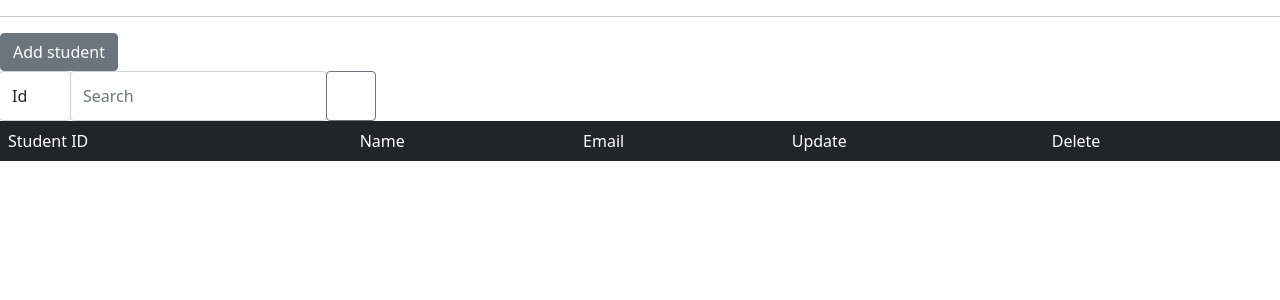
Repository: pradeep9689/monoceptAssignment
Page: http://localhost/09-student-mvc-db/StudentControlller
An editor plug-in stored every save of this project. The page is shown before and after the next save, followed by the edit.
The browser window is 1280 px wide. The pictures show the whole page.
The page is served by Tomcat 9. Other server files are loaded and not shown. Queries for data that is not in the repository find no rows.

Above is the page before, as saved 2024-07-19 04:12:04.

### 09-student-mvc-db/WebContent/view.jsp
<%@ page language="java" contentType="text/html; charset=ISO-8859-1"
    pageEncoding="ISO-8859-1"%>
    <%@ page
	import="java.util.List,java.util.ArrayList"%>
<%@ taglib uri="http://java.sun.com/jsp/jstl/core" prefix="c"%>
<%@ taglib uri="http://java.sun.com/jsp/jstl/functions" prefix="fn"%>
<!DOCTYPE html>
<html>
<head>
<link href="https://cdn.jsdelivr.net/npm/bootstrap@5.0.2/dist/css/bootstrap.min.css" rel="stylesheet" integrity="sha384-EVSTQN3/azprG1Anm3QDgpJLIm9Nao0Yz1ztcQTwFspd3yD65VohhpuuCOmLASjC" crossorigin="anonymous">
<meta charset="ISO-8859-1">
<title>Insert title here</title>
</head>
<body>
<hr>
<form action="addStudent.jsp" method="get">


        <input type="submit" value="Add student" class="btn btn-secondary"  >
    </form>
    <form class="input-group" action="StudentControlller" method="get">
    <input type="hidden" name="command" value="search" />
    <div class="form-group">
      <select class="form-control" id="type" name="type" style="height:50px;">
        <option value="Id">Id</option>
        <option value="Name">Name</option>

        <option value="Email">Email</option>
      </select>
    </div>
    <div class="form-outline">
      <input type="search" id="input" name="input" style="height:50px;"class="form-control" placeholder="Search" />
    </div>
    <span class="input-group-append">
      <button class="btn btn-outline-secondary" type="submit" value="search" style="width:50px;height:50px;">

      </button>
    </span>
  </form>
<table  class="table table-dark table-borderless">
		<tr>
			<td>Student ID</td>
			<td>Name</td>
			<td>Email</td>
			<td>Update</td>
			<td>Delete</td>

		</tr>
		<c:forEach var="student" items="${theStudentList}">
			<tr>
				<td>${student.id}</td>
				<td>${student.name}</td>
				<td>${student.email}</td>
				<td>
				<a href="StudentControlller?command=load&id=${student.id}" class="btn btn-secondary">Update</a>
				<%-- <c:url var="updateLink" value="StudentControlller">
          <c:param name="command" value="load" />
          <c:param name="id" value="${student.id}" />
        </c:url> --%>
				<a href="StudentControlller?command=delete&id=${student.id}" class="btn btn-warning">Delete</a>
				</td>
			</tr>
		</c:forEach>
	</table>

</body>
</html>

### 09-student-mvc-db/src/com/monocept/controller/StudentControlller.java
package com.monocept.controller;

import java.io.IOException;
import java.io.PrintWriter;
import java.sql.SQLException;
import java.util.ArrayList;
import java.util.List;

import javax.annotation.Resource;
import javax.servlet.RequestDispatcher;
import javax.servlet.ServletException;
import javax.servlet.annotation.WebServlet;
import javax.servlet.http.HttpServlet;
import javax.servlet.http.HttpServletRequest;
import javax.servlet.http.HttpServletResponse;
import javax.sql.DataSource;

import com.monocept.entity.Student;
import com.monocept.entity.Studentdb;

@WebServlet("/StudentControlller")
public class StudentControlller extends HttpServlet {
	private static final long serialVersionUID = 1L;
	private Studentdb studentdb;
	@Resource(name = "jdbc/student")
	private DataSource dataSource;

	@Override
	public void init() throws ServletException {

		super.init();
		studentdb = new Studentdb(dataSource);
	}

	protected void doGet(HttpServletRequest request, HttpServletResponse response)
			throws ServletException, IOException {
		String command;
		command = request.getParameter("command");
		System.out.println(command);

		if (command == null) {
			command = "list";
		}

		switch (command) {
		case "add":
			addStudent(request, response);
			break;

		case "load":
			try {
				loadStudent(request, response);
			} catch (ServletException e) {
				e.printStackTrace();
			} catch (IOException e) {
				e.printStackTrace();
			} catch (SQLException e) {
				e.printStackTrace();
			}
			break;

		case "delete":
			deleteStudent(request, response);
			break;
		case "update":
			updateStudent(request, response);
			break;
		case "search":
			try {
				searchStudent(request, response);
			} catch (SQLException e) {
				// TODO Auto-generated catch block
				e.printStackTrace();
			} catch (IOException e) {
				// TODO Auto-generated catch block
				e.printStackTrace();
			}
			break;
		default:
			listOfStudent(request, response);
		}
	}

	private void searchStudent(HttpServletRequest request, HttpServletResponse response)
			throws SQLException, IOException, ServletException {
		String input = request.getParameter("input");
		String type = request.getParameter("type");
		List<Student> studentList = new ArrayList<Student>();
		switch (type) {
		case "Id":
			int id = Integer.parseInt(input);
			Student student = studentdb.getStudent(id);
			studentList.add(student);
			break;

		default:
			studentList = studentdb.searchStudents(type, input);
			break;
		}
		System.out.println(studentList);
		request.setAttribute("theStudentList", studentList);
		RequestDispatcher requestDispatcher = request.getRequestDispatcher("view.jsp");
		try {
			requestDispatcher.forward(request, response);
		} catch (ServletException e) {
			e.printStackTrace();
		} catch (IOException e) {
			e.printStackTrace();
		}

	}

	private void updateStudent(HttpServletRequest request, HttpServletResponse response)
			throws ServletException, IOException {
		System.out.println("update method");
		int id = Integer.parseInt(request.getParameter("id"));
		System.out.println(id);
		String name = request.getParameter("name");

		String email = request.getParameter("email");

		Student updatedStudent = new Student(id, name, email);
		System.out.println(updatedStudent);
		studentdb.updateStudent(updatedStudent);
		// listOfStudent(request, response);
		response.sendRedirect(request.getContextPath() + "/StudentControlller?command=list");

	}

	private void loadStudent(HttpServletRequest request, HttpServletResponse response)
			throws ServletException, IOException, SQLException {
		int id = Integer.parseInt(request.getParameter("id"));
		Student student = studentdb.getStudent(id);

		RequestDispatcher requestDispatcher = request.getRequestDispatcher("update-student-form.jsp");
		request.setAttribute("theStudent", student);
		requestDispatcher.forward(request, response);

	}

	private void deleteStudent(HttpServletRequest request, HttpServletResponse response) throws IOException {

		int studentId = Integer.parseInt(request.getParameter("id"));
		studentdb.deleteStudent(studentId);
		response.sendRedirect(request.getContextPath() + "/StudentControlller?command=list");

	}

	private void addStudent(HttpServletRequest request, HttpServletResponse response)
			throws IOException, ServletException {
		String name = request.getParameter("student_name");
		String email = request.getParameter("student_mail");
		Student student = new Student(name, email);
		boolean isAdded = studentdb.addStudent(student);
		// listOfStudent(request, response);
		response.sendRedirect(request.getContextPath() + "/StudentControlller?command=list");

	}

	private void listOfStudent(HttpServletRequest request, HttpServletResponse response)
			throws ServletException, IOException {
		List<Student> studentList = studentdb.getStudents();

		RequestDispatcher requestDispatcher = request.getRequestDispatcher("view.jsp");
		request.setAttribute("theStudentList", studentList);
		requestDispatcher.forward(request, response);
	}

	protected void doPost(HttpServletRequest request, HttpServletResponse response)
			throws ServletException, IOException {

		doGet(request, response);
	}

}

After the next save:
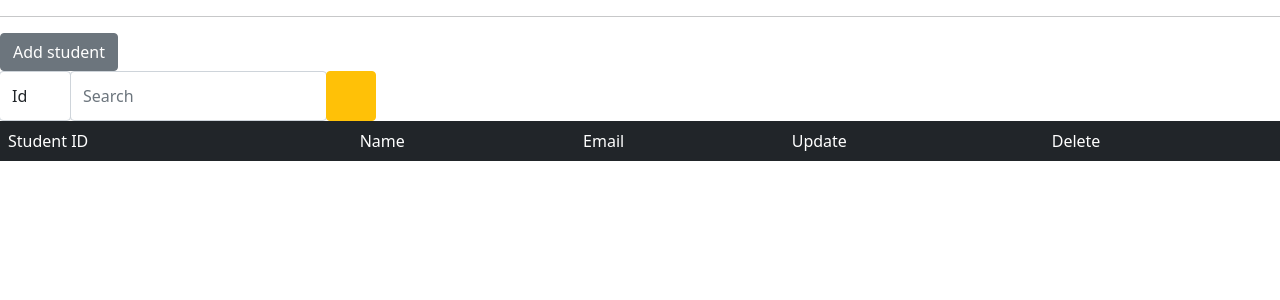
Saved 72 s later.
--- a/09-student-mvc-db/WebContent/view.jsp
+++ b/09-student-mvc-db/WebContent/view.jsp
@@ -32,7 +32,7 @@
       <input type="search" id="input" name="input" style="height:50px;"class="form-control" placeholder="Search" />
     </div>
     <span class="input-group-append">
-      <button class="btn btn-outline-secondary" type="submit" value="search" style="width:50px;height:50px;">
+      <button class="btn btn-warning" type="submit" value="search" style="width:50px;height:50px;">
 
       </button>
     </span>
